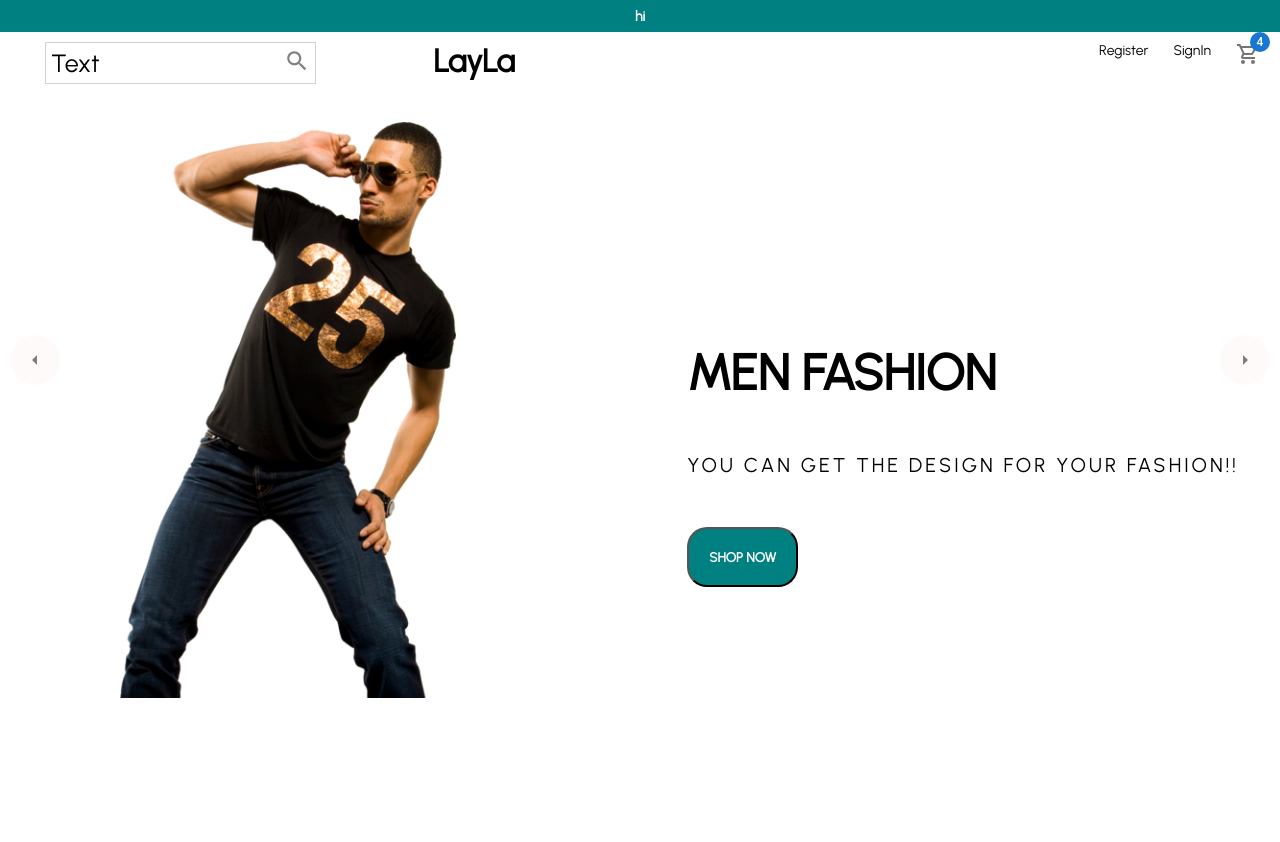
Repository: WaiMaungMaung/React_Ecom
Page: /
These files come from the project's save history. The page is drawn as it stood at one moment and after the next save; the edit follows.
The browser window is 1280 px wide. The pictures show the whole page.
The project was rebuilt for these pictures with package versions that can differ from the ones it lists, and the page was loaded fresh each time.

Above is the page before, as saved 2022-05-06 13:55:54.

### public/index.html
<!DOCTYPE html>
<html lang="en">
  <head>
    <meta charset="utf-8" />
    <link rel="icon" href="%PUBLIC_URL%/favicon.ico" />

    <link
      href="https://fonts.googleapis.com/css2?family=Urbanist&display=swap"
      rel="stylesheet"
    />

    <style>
      * {
        margin: 0;
        font-family: "Urbanist", sans-serif;
      }
    </style>
    <title>React App</title>
  </head>
  <body>
    <noscript>You need to enable JavaScript to run this app.</noscript>
    <div id="root"></div>
  </body>
</html>

### src/pages/Home.jsx
import React from "react";
import Announcements from "../components/Announcements";
import NavBar from "../components/NavBar";
import Slider from "../components/Slider";
const Home = () => {
  return (
    <div>
      <Announcements />

      <NavBar />
      <Slider />
    </div>
  );
};

export default Home;

### src/components/Announcements.jsx
import styled from "@emotion/styled";
const Container = styled.div`
  background-color: teal;
  height: 32px;
  display: flex;
  align-items: center;
  justify-content: center;
  color: white;
  font-size: 14px;
  font-weight: bold;
`;

const Announcements = () => {
  return <Container>hi</Container>;
};

export default Announcements;

### src/components/NavBar.jsx
import { Search, ShoppingCartOutlined } from "@material-ui/icons";
import React from "react";
import styled from "styled-components";
import { Badge } from "@mui/material";
const Container = styled.div`
  height: 60px;
`;

const Wrapper = styled.div`
  padding: 10px 20px;
  align-item: center;
  display: flex;
  justify-content: space-between;
`;

const SearchContainer = styled.div`
  border: 0.5px solid lightgray;
  margin-left: 25px;
  display: flex;
  align-item: center;
  padding: 5px;
`;
const Input = styled.input`
  border: none;
  margin-left: 20px;
  font-size: 14px;
`;

const Language = styled.span`
  font-size: 25px;
  cursor: pointer;
`;
const Left = styled.div`
  flex: 1;
  display: flex;
`;

const Center = styled.div`
  flex: 1;
`;

const Logo = styled.h1`
  font-weight: bold;
`;

const MenuItem = styled.div`
  font-size: 14px;
  cursor: pointer;
  align-item: center;
  margin-left: 25px;
`;
const Right = styled.div`
  flex: 1;
  display: flex;
  align-item: center;
  justify-content: flex-end;
`;
const NavBar = () => {
  return (
    <Container>
      <Wrapper>
        <Left>
          <SearchContainer>
            <Language>Text</Language>
            <Input />
            <Search style={{ color: "grey", fontSize: "26px" }} />
          </SearchContainer>
        </Left>
        <Center>
          <Logo>LayLa</Logo>
        </Center>
        <Right>
          <MenuItem>Register</MenuItem>
          <MenuItem>SignIn</MenuItem>

          <MenuItem>
            <Badge badgeContent={4} color="primary">
              <ShoppingCartOutlined color="action" />
            </Badge>
          </MenuItem>
        </Right>
      </Wrapper>
    </Container>
  );
};

export default NavBar;

### src/components/Slider.jsx
import styled from "@emotion/styled";
import { ArrowLeftOutlined, ArrowRightOutlined } from "@material-ui/icons";
import React from "react";
import Clothes from "../img/clothes.png";
const Container = styled.div`
  width: 100%;
  height: 100vh;
  display: flex;
`;
const Arrow = styled.div`
  width: 50px;
  height: 50px;
  background-color: #fff7f7;
  border-radius: 50%;
  display: flex;
  align-items: center;
  justify-content: center;
  position: absolute;
  top: 0;
  bottom: 0;
  margin: auto;
  cursor: pointer;
  opacity: 0.5;
  left: ${(props) => props.direction === "left" && "10px"};
  right: ${(props) => props.direction === "right" && "10px"};
`;
const Slide = styled.div`
  display: flex;
  height: 100vh;
  width: 98vw;
  align-item: center;
`;

const Image = styled.img`
  height: 80%;
`;
const ImgContainer = styled.div`
  height: 100%;
  margin-left: 120px;
  margin-top: 30px;
  flex: 1;
`;
const Wrapper = styled.div`
  height: 100%;
`;
const InfoContainer = styled.div`
  flex: 1;
  padding-top: 250px;
`;

const Title = styled.h1`
  font-size: 50px;
`;
const Desc = styled.p`
  margin: 50px 0;
  font-size: 20px;
  font-weight: 500;
  letter-spacing: 3px;
`;
const Button = styled.button`
  padding: 20px;
  background-color: teal;
  color: white;
  font-weight: bolder;
  border-radius: 20px;
`;
const Slider = () => {
  return (
    <Container>
      <Arrow direction="left">
        <ArrowLeftOutlined />
      </Arrow>
      <Wrapper>
        <Slide>
          <ImgContainer>
            <Image src={Clothes} />
          </ImgContainer>
          <InfoContainer>
            <Title>MEN FASHION</Title>
            <Desc>YOU CAN GET THE DESIGN FOR YOUR FASHION!!</Desc>
            <Button>SHOP NOW</Button>
          </InfoContainer>
        </Slide>
      </Wrapper>

      <Arrow direction="right">
        <ArrowRightOutlined />
      </Arrow>
    </Container>
  );
};

export default Slider;

Loaded but not shown: src/index.js (common file); src/App.js (common file)

After the next save:
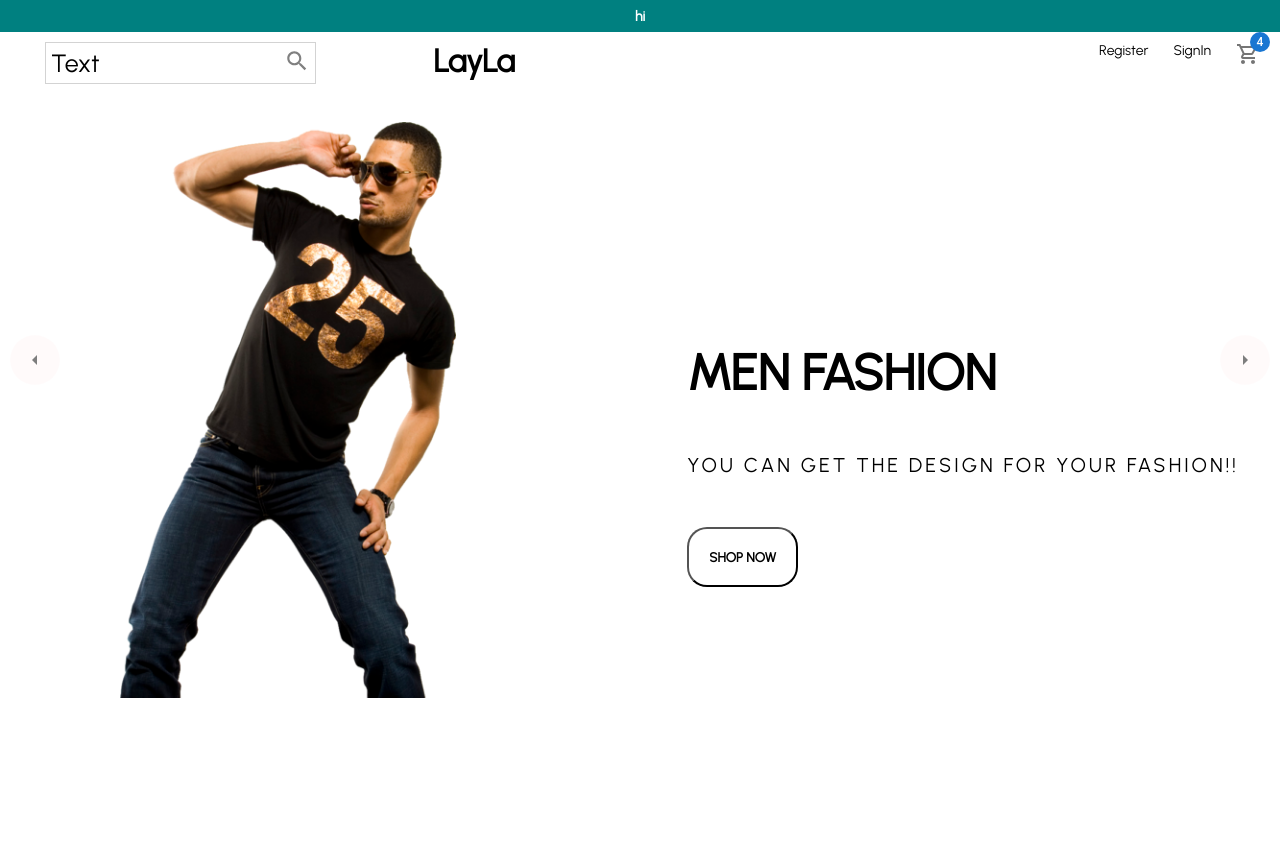
Saved 16 s later.
--- a/src/components/Slider.jsx
+++ b/src/components/Slider.jsx
@@ -59,8 +59,7 @@ const Desc = styled.p`
 `;
 const Button = styled.button`
   padding: 20px;
-  background-color: teal;
-  color: white;
+  background-color: transparent;
   font-weight: bolder;
   border-radius: 20px;
 `;
